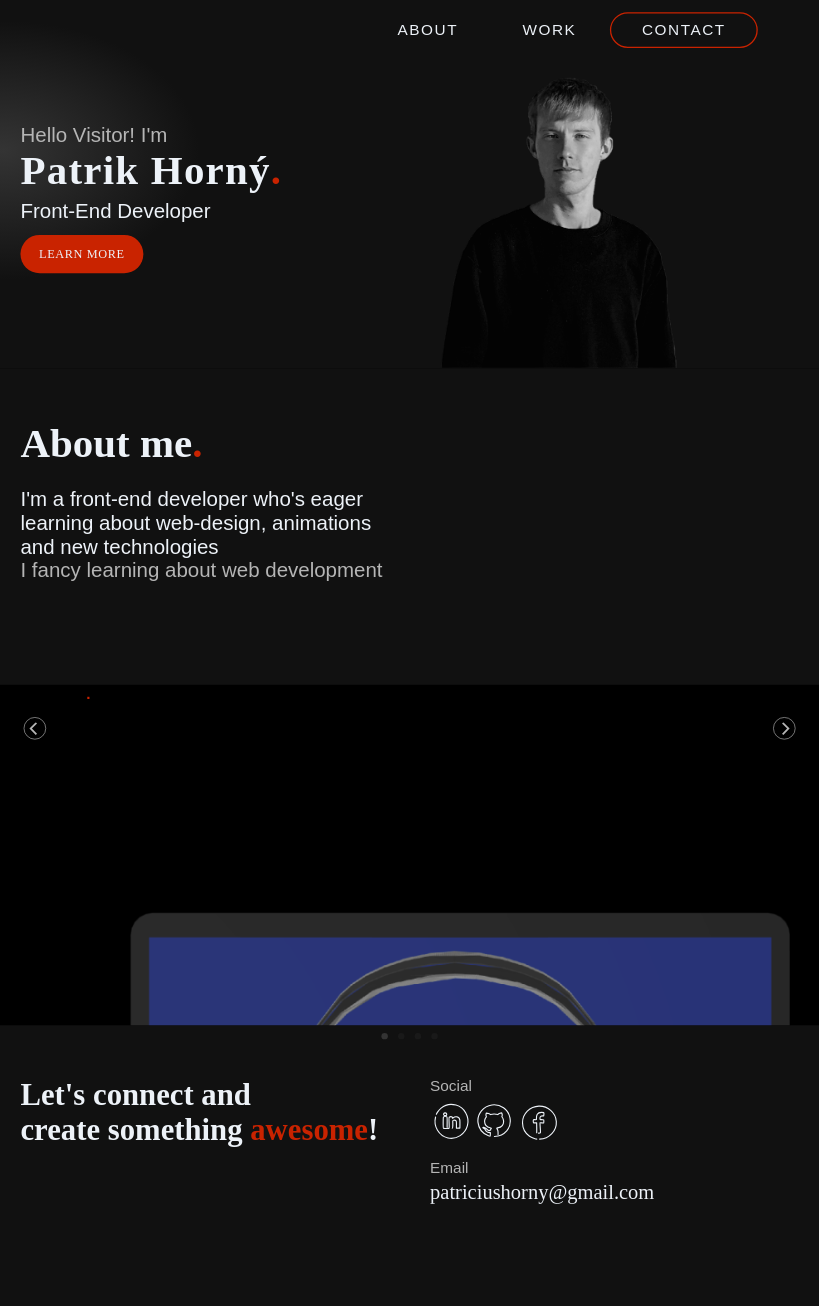
Repository: Spreceriany/portfolio
Page: index.html
The author's editor kept a copy of each file at every save. The page is drawn from the files as they stood at one save, then again after a run of saves.
The browser window is 1280 px wide. The pictures show the whole page, at 64% of full size.
Some web fonts or font styles are not loaded; a fallback is used. The style sheet was rebuilt from its Sass, Less or Tailwind sources for each picture, by a compiler version that may differ from the author's.

Above is the page before, as saved 2021-03-11 15:26:31.

### index.html
<!DOCTYPE html>
<html lang="en">

<head>
    <meta charset="UTF-8">
    <meta http-equiv="X-UA-Compatible" content="IE=edge">
    <meta name="viewport" content="width=device-width, initial-scale=1.0">
    <title>Patrik Horny | Portfolio</title>
    <link rel="stylesheet" href="css/style.css">
    <link rel="preconnect" href="https://fonts.gstatic.com">
    <link href="https://fonts.googleapis.com/css2?family=Asul&family=Chivo:wght@900&display=swap" rel="stylesheet">
    <link rel="stylesheet" href="https://unpkg.com/flickity@2/dist/flickity.min.css">

</head>

<body>
    <header>
        <nav>
            <ul>
                <li><a href="#">About</a></li>
                <li><a href="#">Work</a></li>
                <li><a href="#">Contact</a></li>
            </ul>
            <div class="burger">
                <div class="line1"></div>
                <div class="line2"></div>
                <div class="line3"></div>
            </div>
        </nav>
    </header>

    <main>
        <section class="hero">
            <div class="hero__left-col">
                <p class="gray">Hello Visitor! I'm</p>
                <h1>Patrik Horný<span class="orange">.</span></h1>
                <p>Front-End Developer</p>
                <a href="#" class="btn">Learn more</a>

            </div>
            <div class="hero__right-col">
                <img src="./img/my_photo.png" alt="my-photo">

            </div>
        </section>

        <section class="about">
            <div class="about__left-col">
                <h2>About me<span class="orange">.</span></h2>
                <p>I'm a front-end developer who's eager learning about web-design, animations and new technologies
                </p>
                <p class="gray">I fancy learning about web development</p>
            </div>


        </section>

        <section class="work">
            <h2>My Projects<span class="orange">.</span></h2>
            <div class="carousel">

                <a class="work__item" href="https://musicly2020.netlify.app/">
                    <div class="block">
                        <img srcset="./img/musicly-mob/musicly-sm_aquzlh_c_scale,w_200.png 200w,
                        ./img/musicly-mob/musicly-sm_aquzlh_c_scale,w_662.png 611w,
                         ./img/musicly-lg.png  900w" src="./img/mobile/musicly-sm.png"  class="block-image" alt="musicly">

                        <small>Personal project</small>
                        <h3>Musicly 2020</h3>
                    </div>
                </a>

                <a class="work__item" href="https://manovistudio.dk/">
                    <div class="block">
                         <img srcset="./img/manovi-mob/manovistudio_euxpyv_c_scale,w_200.png 200w,
                         ./img/manovi-mob/manovistudio_euxpyv_c_scale,w_519.png 433w,
                         ./img/manovi-mob/manovistudio_euxpyv_c_scale,w_741.png 611w,
                         ./img/manovi-lg.png 900w"

                         src="./img/mobile/manovistudio.png" alt="manovistudio" class="block-image">
                         <small>Client page</small>
                         <h3>Manovistudio</h3>
                    </div>

                </a>

                <a class="work__item" href="https://wrappedgreen.netlify.app/">
                    <div class="block">
                          <img srcset="./img/wrapped-mob/wrapped-sm_lgvr6n_c_scale,w_200.png 200w,
                          ./img/wrapped-mob/wrapped-sm_lgvr6n_c_scale,w_583.png 433w,
                          ./img/wrapped-mob/wrapped-sm_lgvr6n_c_scale,w_848.png 644w,
                          ./img/wrapped-lg.png 900w"
                          src="./img/mobile/wrapped-sm.png" class="block-image" alt="wrappedgreen">
                          <small>Landing page</small>
                          <h3>Wrapped Green</h3>
                    </div>

                </a>



                <a class="work__item" href="https://loopstudiovr.netlify.app/">
                    <div class="block">
                        <img srcset="./img/loop-mob/loopstudios-sm_hzrmrv_c_scale,w_200.png 200w,
                        ./img/loop-mob/loopstudios-sm_hzrmrv_c_scale,w_433.png 433w,
                        ./img/loop-mob/loopstudios-sm_hzrmrv_c_scale,w_611.png 611w,
                        ./img/loop-lg.png 900w" src="./img/loop-mob/loopstudios-sm_hzrmrv_c_scale,w_200.png"
                    alt="loopstudios" class="block-image">
                        <small>Landing page</small>
                        <h3>Loopstudios</h3>

                    </div>

                </a>





            </div>

        </section>

        <section class="contact">
            <div class="contact__left-col">
                <h3>Let's connect and</h3>
                <h3>create something <span class="orange">awesome</span>! </h3>
            </div>

            <div class="contact__right-col">
                <small class="gray">Social
                </small>
                <ul>
                    <li><a href="https://www.linkedin.com/in/patrik-horn%C3%BD-42b797205/">
                            <?xml version="1.0" ?><svg height="256px" id="Layer_1" version="1.1" viewBox="0 0 256 256"
                                width="256px" xml:space="preserve" xmlns="http://www.w3.org/2000/svg"
                                xmlns:xlink="http://www.w3.org/1999/xlink">
                                <path class="st0"
                                    d="M34.367,105.308c-15.255,58.994,21.499,118.714,77.309,130.865c54.491,11.864,108.741-24.931,122.132-78.209  c13.576-54.011-18.103-112.414-72.055-127.246C77.289,8.035,39.505,84.527,39.501,88.37" />
                                <path class="st0"
                                    d="M106.662,168.972c-0.36-21.051,0.978-61.432-0.945-63.422  c-1.923-1.99-17.046-7.923-19.883-12.471c-2.838-4.548-2.011-13.662,8.126-13.674s11.419,8.666,8.78,14.31  c-2.64,5.644-17.584,9.811-19.288,12.105c-1.704,2.294-2.429,68.28,0,69.899c2.429,1.619,32.926,1.484,35.624-0.54  c2.699-2.024-3.374-67.47,0-69.09s17.407-1.889,19.162-1.079c1.754,0.81,0.675,7.692,1.889,8.366  c1.214,0.675,10.171-11.177,24.289-9.446c10.46,1.282,19.837,10.121,21.321,18.892s0.899,34.545,0.54,51.817  c-7.197,0.27-14.394,0.675-21.59,0.945c-0.27-14.574,1.08-33.6-0.81-43.586c-1.889-9.986-22.328-9.849-22.13,0  s1.619,43.586-2.699,43.451"
                                    id="linkedin" />
                            </svg>
                        </a></li>
                    <li><a href="https://github.com/Spreceriany">
                            <?xml version="1.0" ?><svg height="256px" id="Layer_2" version="1.1" viewBox="0 0 256 256"
                                width="256px" xml:space="preserve" xmlns="http://www.w3.org/2000/svg"
                                xmlns:xlink="http://www.w3.org/1999/xlink">
                                <path class="st0" d="M128.1,222.073" />
                                <path class="st0"
                                    d="M130.164,226.986c63.917-3.557,108.667-52.057,97.259-116.5c-9.288-52.47-60.722-87.613-112.739-80.577  C61.952,37.041,21.39,85.877,27.386,139.004c5.689,47.857,35.128,70.23,59.685,80.335c5.717,2.353,13.401,5.785,15.997,5.229  c2.596-0.556,1.763-14.95,1.763-21.889c-16,2.459-21.475-3.841-24.875-7.563c-3.857-4.222-6.125-8.563-10.063-14.938  s-11.063-4.875-11.813-8.563s15-2.688,26.313,11.25c8.188,10.146,16.928,7.089,21.625,4.188c0.154-1.612,0.526-3.775,1.438-6.188  c0.967-2.557,3.625-4.104,3.208-5.854c-0.417-1.75-21.804-0.577-34-17.667c-8.809-12.344-9.129-26.955-5.667-37.833  c2.322-7.297,6.196-12.443,8.833-15.417c-1.011-2.162-2.513-6.109-2.583-11.25c-0.076-5.549,1.554-9.796,2.583-12  c3.492,0.104,8.54,0.644,14.25,2.667c5.469,1.937,9.593,4.542,12.333,6.583c4.975-1.671,12.218-3.489,21.083-3.667  c10.135-0.203,18.344,1.819,23.667,3.583c2.616-2.336,6.987-5.648,13.167-7.917c4.489-1.648,8.518-2.229,11.5-2.417  c1.143,2.165,3.075,6.519,3.167,12.332c0.085,5.351-1.426,9.47-2.416,11.664c2.867,3.459,7.394,9.875,9.502,18.995  c0.751,3.249,4.857,20.981-6.996,36.24c-12.408,15.974-33.06,13.524-33.992,15.73c-0.932,2.206,3.964,6.297,6.266,14.877  c2.302,8.58,1.327,24.979,1.327,24.979" />
                            </svg>
                        </a></li>

                    <li><a href="https://www.facebook.com/profile.php?id=100007154296012">
                            <?xml version="1.0" ?><svg height="256px" id="Layer_1" version="1.1" viewBox="0 0 256 256"
                                width="256px" xml:space="preserve" xmlns="http://www.w3.org/2000/svg"
                                xmlns:xlink="http://www.w3.org/1999/xlink">
                                <g>
                                    <path class="st0"
                                        d="M118.489,204.01c0.668-30.724-0.583-59.627-0.514-61.433c0.099-2.572-16.945,1.061-19.046-1.053   c-2.101-2.114-3.309-18.205-0.521-19.591s15.355,1.129,18.007-0.526c2.652-1.655-11.513-55.269,46.601-43.421   c1.589,0.795-0.132,18.732-1.059,20.122c-0.927,1.39-12.708-1.787-19.062,3.177c-6.354,4.964-3.707,18.664-2.383,19.591   c1.324,0.927,20.188,0.198,21.445,1.589s1.456,18.798,0,20.122c-1.456,1.324-20.819-2.41-22.769-1.058   c-1.606,1.113,4.224,60.038,2.558,62.373c-1.666,2.335-7.731,2.133-11.56,2.226" />
                                    <path class="st0"
                                        d="M136.577,243.358c60.912-1.648,108.145-53.478,104.395-110.472c-3.662-55.647-54.02-97.612-108.923-95.753   C76.39,39.017,29.02,85.605,29.68,141.555c1.549,87.443,85.505,102.61,89.2,101.551" />
                                </g>
                            </svg>
                        </a></li>
                </ul>
                <small class="gray">Email</small>
                <a href="mailto:patriciushorny@gmail.com">patriciushorny@gmail.com</a>
            </div>

        </section>
    </main>

    <script src="https://unpkg.com/flickity@2/dist/flickity.pkgd.min.js"></script>

    <script src="js/script.js"></script>

</body>

</html>

### js/script.js
var elem = document.querySelector(".carousel");
var flkty = new Flickity(elem, {
  contain: true,

  prevNextButtons: true,
  pageDots: true,
  cellAlign: "left",
  contain: true,
  wrapAround:true,

});

### css/style.scss
@import "button/button";
@import "colors/colors";
@import "./mixin/mixin";
@import "./components/header";
@import "./components/hero";
@import "./components/about";

body {
  font-family: "Asul", "Chivo", sans-serif;
  margin: auto;
  max-width: 1920px;
  overflow-x: hidden;
  background: radial-gradient(
    59.93% 44.1% at -11.63% 36.77%,
    #343434 0%,
    #111111 100%
  );
}

* {
  box-sizing: border-box;
  margin: 0;
  padding: 0;
  -webkit-font-smoothing: antialiased;
  -moz-osx-font-smoothing: grayscale;
}




main {
  margin: 0 auto;
  background-color: black;
}







.carousel{
  width:100%;
  height:50vh;
  @media(min-width:1212px){
    height: 70vh;
  }

}




.flickity-viewport{
  height: 100% !important;
}

.contact{
  width: 100%;
  padding: 5em 0 10em 0em;
  background: $black;
  color: $white-ish;
  display: grid;
  grid-template-columns: 1fr;
  @media(min-width:556px){
    grid-template-columns: 1fr 1fr;
  }


  &__left-col{
    margin-bottom: 2em;
    font-family: 'Asul';
    padding: 0em 2em;
    @media(max-width:556px){
      padding: 0;
    }
    h3{
      @include clamping(2rem, 5vw, 3rem);


      .orange{

        font-weight: bold;


      }
    }
  }

  &__right-col{
    display: flex;
    flex-direction: column;
    @media(max-width:556px){
      padding:0;
    }
    padding: 0em 2em;

    small{
      @include clamping(.9rem,3vw ,1.5rem );
      margin-bottom: .2em ;
    }

    svg {
      width: 100%;
      height: 100%;
      fill: none;
      stroke: #edf2f8;
      stroke-width: 7;
      stroke-linecap: round;
      stroke-linejoin: round;
      stroke-miterlimit: 10;
      transition: stroke 0.3s, transform 0.3s ease-in;
      &:hover {
        stroke: $orange !important;
        transform: translateY(-2px);
      }
    }

    ul {
      list-style-type: none;
      li {
        display: inline-flex;
        width: 3em;
        @media(min-width:556px){
          width: 4em;
          margin-bottom: 1.5em;
        }
        img {
          width: 100%;
        }
      }
    }

    a{
      @include clamping(1.5rem, 5vw, 2rem);
      position: relative;
      display: inline-block;
      color: $orange;
      overflow: hidden;
      background: linear-gradient(to right, $orange, $orange 50%, $white-ish 50%);
      background-clip: text;
      -webkit-background-clip: text;
      -webkit-text-fill-color: transparent;
      background-size: 200% 100%;
      background-position: 100%;
      transition: background-position 275ms ease;
      text-decoration: none;
      font-family: 'Chivo';
      &:hover {
        background-position: 0 100%;
      }
    }
  }
}

.flickity-prev-next-button{
  top: 8% !important;
  width: 27px !important;
  height: 27px !important;
  border-radius: 50% !important;
  transform: translateY(-50%);
  margin: 0 1em;

  @media(min-width:556px){
    margin:0 2em;
    width: 35px !important;;
    height: 35px !important;
  }
}

.flickity-button {
  position: absolute;
  background: transparent !important;
  border: 1px solid $gray !important;
  color: $gray !important;
}

.flickity-button-icon:focus-within, .flickity-button-icon:hover{
  color: $orange;
}

.block:hover .block-image{
  opacity: .5;

}

.block:hover::before{
  content: 'See project';
  position: absolute;
  width: 14%;
  height: 2%;
  top: 38%;
  color: #edf2f8;
  border: 1px solid #edf2f8;
  left: 0;
  z-index: 10;
  padding: 1em .6em;
  text-align: center;
  left: 41%;
}

### css/button/button.scss
@import "/css/colors/colors";
@import "/css/mixin/mixin";

.btn {
    background-color: $orange;
    padding: 1em 0.7em;
    color: $white-ish;
    border-radius: 9999px;
    width: 10em;
    flex-shrink: 0;
    text-align: center;
    text-decoration: none;
    text-transform: uppercase;
    font-family: "Chivo";
    letter-spacing: 0.05em;
    margin: 1em 0;
    @include clamping(.8rem,3vw ,1.2rem );
    &:hover {
      background-color: transparent;
    }
    @media(min-width:556px){

      padding: 1em .5em;

    }
  }

### css/colors/_colors.scss
$white-ish: #edf2f8;
$orange: rgb(201, 35, 0);
$gray: #b5b5b5;
$black: #111111;

.orange {
    color: $orange;
  }

.gray {
color: $gray;
}

### css/mixin/_mixin.scss
@mixin clamping($min, $mid, $max) {
  font-size: clamp($min, $mid, $max);
}

@mixin grid($breakpoint) {
  display: grid;
  grid-template-columns: 1fr;
  @media (min-width: $breakpoint) {
    grid-template-columns: 1fr 1fr;
  }
}

### css/components/_header.scss
@import "../colors/colors";
@import "../mixin/mixin";

header {
    max-width: 1440px;
    margin: 0 auto;
    min-height: 13vh;
    position: absolute;
    top: 0;
    left: 0;
    right: 0;
    display: flex;
    justify-content: flex-end;
    z-index: 2;
    nav {
      min-height: 10vh;
      display: flex;
      align-items: center;
      top: 0;
      right: 0;

      .burger {
        cursor: pointer;
        margin-right: 2em;
        @media (min-width: 996px) {
          display: none;
        }
        div {
          background-color: $orange;
          margin: 0.3em;
          transition: transform 500ms ease, opacity 500ms ease, width 500ms ease;
          &:nth-child(1) {
            width: 1.5em;
            height: 0.2em;
          }
          &:nth-child(2) {
            width: 1em;
            height: 0.2em;
          }

          &:nth-child(3) {
            width: 0.6em;
            height: 0.2em;
          }
        }
      }

      ul {
        margin-left: auto;
        display: none;
        @media (min-width: 992px) {
          display: block;
        }

        li {
          display: inline-block;
          padding: 0.5em 2em;
          font-size: 1.5rem;
          text-transform: uppercase;
          cursor: pointer;

          &:last-of-type {
            border: 2px solid $orange;
            border-radius: 9999px;
            background-image: linear-gradient($orange, $orange);
            background-position: 50% 50%;
            background-repeat: no-repeat;
            background-size: 0% 100%;
            transition: background-size 0.3s;
            margin-right: 4em;
            &:hover {
              background-size: 100% 100%;
            }
          }

          &:not(:last-child) a:hover {
            color: $orange;
          }
          a {
            width: 100%;
            text-decoration: none;
            color: $white-ish;
            letter-spacing: 0.1em;
            transition: color 0.3s ease-out;
          }
        }
      }
    }
  }

### css/components/_hero.scss
@import "../colors/colors";
@import "../mixin/mixin";

.hero {
    width: 100%;

    margin: 0 auto;
    min-height: 80vh;
    @media(min-width:556px){
      max-height: 100vh;
    }
    background: radial-gradient(
      59.93% 44.1% at -11.63% 36.77%,
      #343434 0%,
      #111111 100%
    );
    @media(min-width:556px){
      background: radial-gradient(23.93% 35.1% at 0.37% 40.77%, #343434 0%, #111111 100%);
    }
    align-items: center;
    color: $white-ish;
    position: relative;
    @include grid(556px);

    &__left-col {
      display: flex;
      flex-direction: column;
      padding-left: 2em;
      padding-top: 4em;
      ul {
        list-style-type: none;
        li {
          display: inline-flex;
          width: 2em;
          img {
            width: 100%;
          }
        }
      }

      p {
        @include clamping(1rem, 3vw, 2rem);
      }

      h1 {
        @include clamping(2rem, 5vw, 6rem);
        margin-bottom: 0.1em;
        letter-spacing: 0.03em;
        font-family: "Chivo";
      }
    }

    &__right-col {
      position: relative;

      display: flex;
      flex-direction: column;
      align-items: flex-end;
      width: 100%;
      height: 100%;
      &::after {
        content: "";
        position: absolute;
        width: 100%;
        height: 100%;
        bottom: 0;
        left: 0;
        box-shadow: inset 0 -10px 10px -10px #000000;
        @media(min-width:556px){
          box-shadow: none;
        }
      }
      img {
        position: absolute;
        width: 70%;
        right: 0;
        bottom: 0;
        @media(min-width:556px){
          max-width: 90%;
          object-fit: contain;
          height: 80%;
          left:0;
          right: auto;
        }
      }
    }
  }

### css/components/_about.scss
@import "../colors/colors";
@import "../mixin/mixin";


.about {
    width: 100%;
    padding: 5em 0 10em 0;
    background-color: #111111;
    color: $white-ish;
    display: grid;

    @include grid(556px);
    &__left-col {
      padding: 0 2em;
      h2 {
        font-family: "Chivo";
        @include clamping(2rem, 5vw, 6rem);
        margin-bottom: 0.5em;
      }
      p{
        @include clamping(1.2rem, 3vw, 2rem);
      }
    }


  }

### css/components/_work.scss
@import "../colors/colors";
@import "../mixin/mixin";

.work {
    width: 100%;
    padding: 5em 0;
    position: relative;
    background-color: $black;
    padding-left: 2em;
    h2 {
      color: $white-ish;
      font-family: "Chivo";

      @include clamping(2rem, 5vw, 6rem);

    }
    &__item {
      position: relative;
      width: 69%;
      height: 100%;
      margin-right: 2em;
      display: flex;
      flex-direction: column;
      padding-bottom: 2em;


      .link{
        opacity:0;
        position: absolute;
        top: 100%;
        left: 24%;
        text-decoration: none;
        color: $white-ish;
        border:1px solid $white-ish;
      }


      .block{
        height: 100%;
      }
      .block:hover {
        .link{
          opacity:1;
          z-index: 5;
        }



      }
      img {
        width: 100%;
        height: 100%;
        object-fit: contain;
        position: relative;
      }
      &:nth-child(odd) img {
        filter: drop-shadow(-17px 31px 25px rgb(32, 32, 32));
      }
      &:nth-child(even) img {
        filter: drop-shadow(20px 31px 25px rgb(32, 32, 32));
      }

      small {
        display: block;
        color: $gray;
        font-size: clamp(0.8rem, 3vw, 1.5rem);
      }
      h2 {
        color: $white-ish;
        font-family: "Asul";
        letter-spacing: 0.02em;
        padding-left: 0;
        font-weight: normal;
        @include clamping(1.7rem, 5vw, 6rem);
      }

      h3{
        @include clamping(1.7rem, 5vw, 4rem);
        color: $white-ish;
        position: relative;
        display: inline-block;
        color: $orange;
        overflow: hidden;
        background: linear-gradient(to right, $orange, $orange 50%, $white-ish 50%);
        background-clip: text;
        -webkit-background-clip: text;
        -webkit-text-fill-color: transparent;
        background-size: 200% 100%;
        background-position: 100%;
        transition: background-position 275ms ease;
        text-decoration: none;
        &:hover {
          background-position: 0 100%;
        }
      }

      small,
      h3 {
        position: absolute;
        margin-top: 1.5em;
        top: 74%;
        padding-left: 2em;

        @media(min-width:1000px){
          margin-top:  0.8em;
        }
      }
    }
  }

After the next 2 saves:
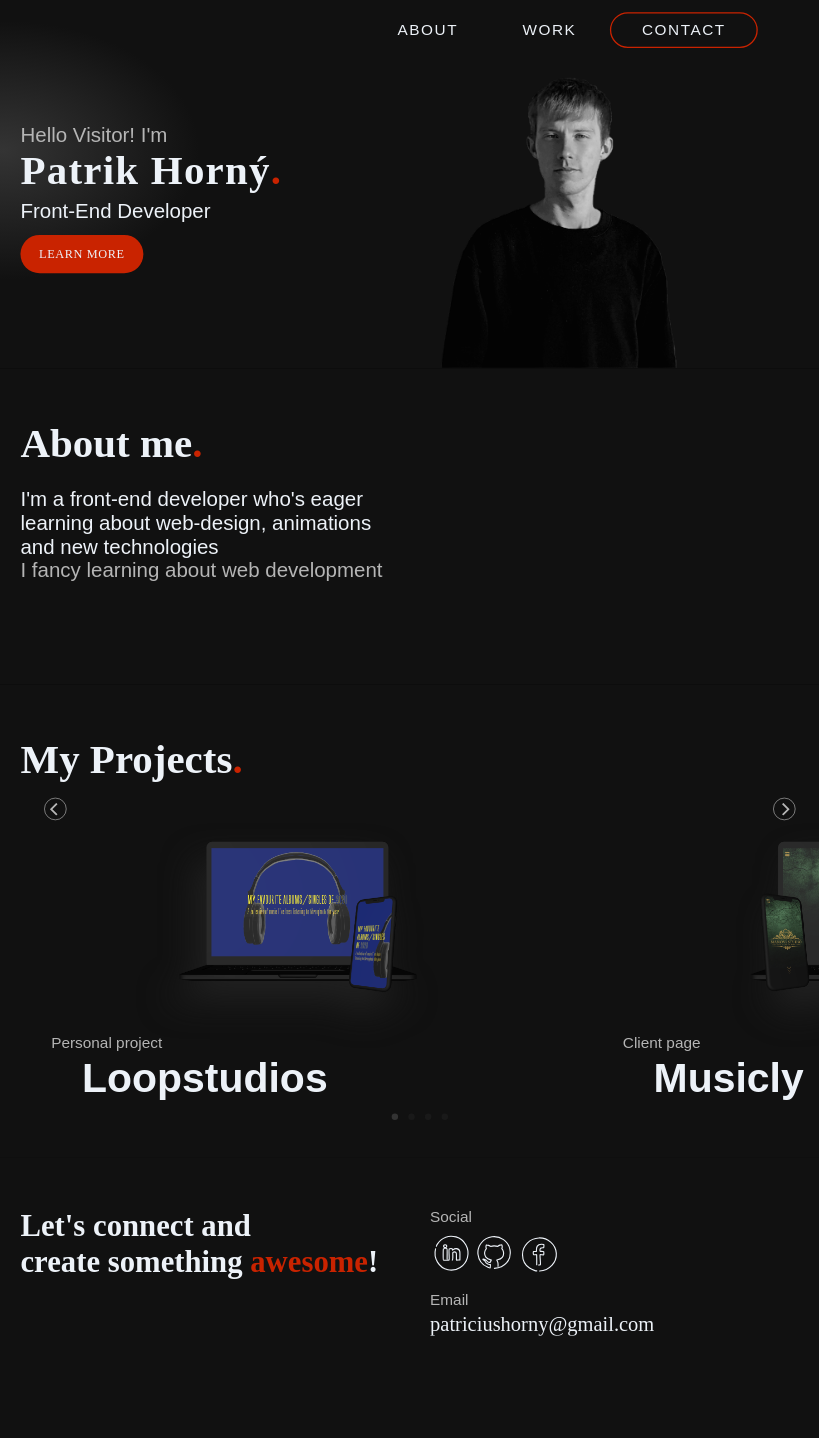
The 2 saves are shown as one change because they came seconds apart.
The last was saved 18 s later.
--- a/css/style.scss
+++ b/css/style.scss
@@ -4,6 +4,7 @@
 @import "./components/header";
 @import "./components/hero";
 @import "./components/about";
+@import "./components/work";
 
 body {
   font-family: "Asul", "Chivo", sans-serif;
